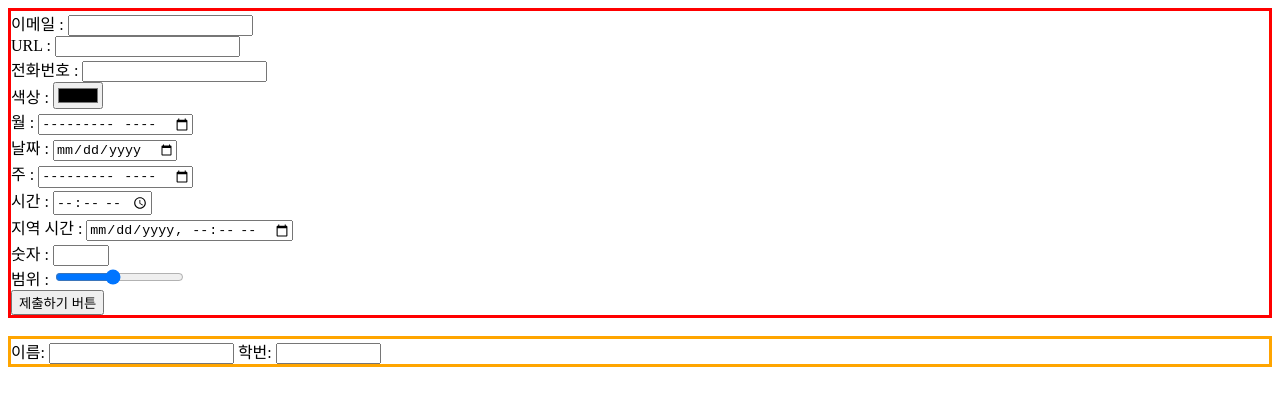
Repository: dhbaek2004/JSPex
Page: http://localhost/UX/InputForm.jsp
These files come from the project's save history. The page is drawn as it stood at one moment and after the next save; the edit follows.
The browser window is 1280 px wide. The pictures show the whole page.
The page is served by Tomcat 9.

Above is the page before, as saved 2020-08-26 14:55:40.

### Infrearn/UX/UX/WebContent/InputForm.jsp
<%@ page language="java" contentType="text/html; charset=EUC-KR"
    pageEncoding="EUC-KR"%>
<!DOCTYPE html>
<html>
<head>
<meta charset="EUC-KR">
<title>Insert title here</title>
</head>
<body>
	<form action="input.jsp" method="post">
		<div style="border:3px solid red;">
			이메일 : <input type="email" name="email"> <br>
			URL : <input type="url" name="url"> <br>
			전화번호 : <input type="tel" name="tel"> <br>
			색상 : <input type="color" name="color"> <br>
			월 : <input type="month" name="month"> <br>
			날짜 : <input type="date" name="date"> <br>
			주 : <input type="month" name="week"> <br>
			시간 : <input type="time" name="time"> <br>
			지역 시간 : <input type="datetime-local" name="localdatetime"> <br>
			숫자 : <input type="number" name="number" min="1" max="10" step="2"> <br>
			범위 : <input type="range" name="range" min="1" max="10" step="2"> <br>

			<input type="submit" value="제출하기 버튼" name="button1">
		</div>

		<br>

		<div style="border:3px solid orange;">
			이름: <input type="text" name="name">
			학번: <input type="text" name="number" size="10">

		</div>


	</form>

</body>
</html>

After the next save:
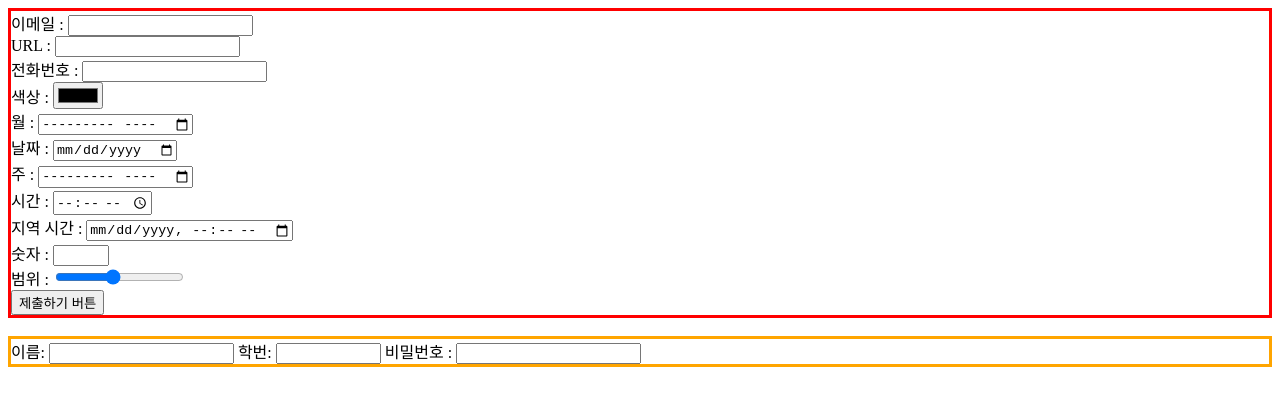
Saved 25 s later.
--- a/Infrearn/UX/UX/WebContent/InputForm.jsp
+++ b/Infrearn/UX/UX/WebContent/InputForm.jsp
@@ -30,6 +30,7 @@
 			이름: <input type="text" name="name">
 			학번: <input type="text" name="number" size="10">
 
+			비밀번호 : <input type="password" name="password">
 		</div>
 
 
